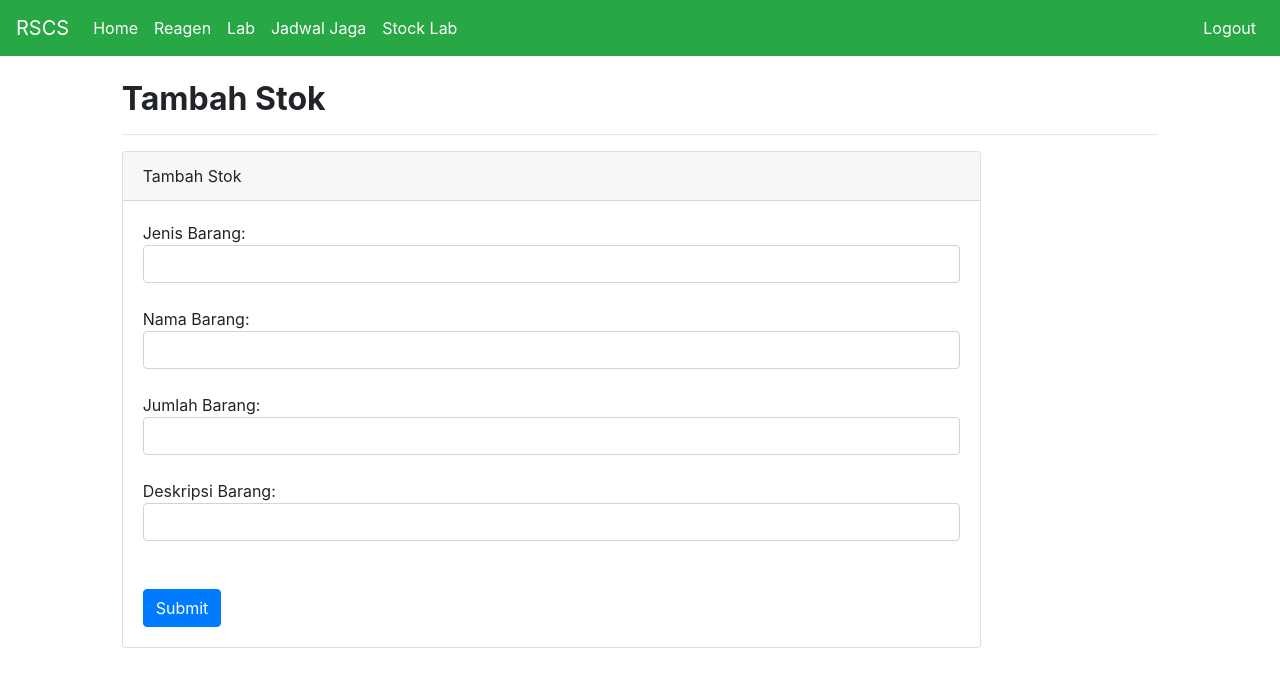
Repository: usamah1707/Tugas-Akhir-Kelompok-6
Page: http://localhost/add-stok
These files come from the project's save history. The page is drawn as it stood at one moment and after the next save; the edit follows.
The browser window is 1280 px wide. The pictures show the whole page.
The page is this project's Thymeleaf template; nobody is signed in. The template is opened directly, without the code that normally fills it, so the values that code supplies are empty.

Above is the page before, as saved 2019-06-04 04:10:45.

### TA_6/src/main/resources/templates/add-stok.html
<!DOCTYPE html>
<html xmlns:th="http://www.thymeleaf.org">

<head>
    <title>Add Stok</title>

    <object th:include="fragments/fragment :: css" th:remove="tag"></object>
    <object th:include="fragments/fragment :: js" th:remove="tag"></object>
</head>

<body>
    <nav th:replace="fragments/fragment :: navbar"></nav>

    <div class="container-fluid">

    <div class="row">
            <span class="col-md-1"></span>
            <div class="col-md-10">
                    <br>

         <h2><strong>Tambah Stok</strong></h2>
            <hr>
        <div class="row">
            <div class="col-md-10">
                <div class="card">
                    <div class="card-header">
                        Tambah Stok
                    </div>
                    <div class="card-body">
                        <form th:action="@{/lab/stok/tambah}" th:object="${stok}" method="POST">
                            Jenis Barang: <br>
                            <input type="text" name="jenisBarang" class="form-control"/>
                            <br>
                            Nama Barang: <br>
                            <input type="text" name="namaBarang" class="form-control"/>
                            <br>
                            Jumlah Barang: <br>
                            <input type="number" name="jumlahBarang" class="form-control"/>
                            <br>
                            Deskripsi Barang: <br>
                            <input type="text" name="deskripsiBarang" class="form-control"/>
                            <br><br>
                            <button type="submit" class="btn btn-primary">Submit</button>
                        </form>
                    </div>
                </div>
            </div>
        </div>
    </div>
</body>

</html>

### TA_6/src/main/resources/templates/fragments/fragment.html
<!DOCTYPE html>
<html xmlns:th="http://www.thymeleaf.org">

<head>
    <title>Home</title>
	<head th:fragment="metas">
		<meta charset="utf-8">
    	<meta name="viewport" content="width=device-width, initial-scale=1, shrink-to-fit=no">
	</head>
    <head th:fragment="css">
    	<link rel="stylesheet" th:href="@{/css/style.css}">
        <link rel="stylesheet" th:href="@{/css/bootstrap.min.css}">

    </head>

    <head th:fragment="js">
    	<script
  src="https://code.jquery.com/jquery-3.3.1.js"
  integrity="sha256-2Kok7MbOyxpgUVvAk/HJ2jigOSYS2auK4Pfzbm7uH60="
  crossorigin="anonymous"></script>
        <script th:src="@{/js/bootstrap.min.js}"></script>
    </head>
</head>

<body>
    <nav th:fragment="navbar" class="navbar navbar-expand-lg navbar-dark bg-success">
        <a class="navbar-brand" th:href="@{/}">RSCS</a>
        <div class="collapse navbar-collapse" id="navbarSupportedContent">
            <ul class="navbar-nav mr-auto">
                <li class="nav-item active">
                    <a class="nav-link" th:href="@{/}">Home</a>
                </li>

                <li class="nav-item active">
                    <a class="nav-link" th:href="@{/lab/kebutuhan}">Reagen</a>
                </li>
                 <li class="nav-item active">
                    <a class="nav-link" th:href="@{/lab/pemeriksaan}">Lab</a>
                </li>
                <li class="nav-item active">
                    <a class="nav-link" th:href="@{/lab/jadwal-jaga/tambah}">Jadwal Jaga</a>
                </li>
                 <li class="nav-item active">
                    <a class="nav-link" th:href="@{/lab/stok}">Stock Lab</a>
                </li>
            </ul>
            <ul class="navbar-nav pull-right">
            	<li class="nav-item active">
            		<a class="nav-link" th:href="@{/logout}">Logout</a>
            	</li>
            </ul>
        </div>
    </nav>
</body>

</html>

### TA_6/src/main/resources/static/css/style.css
body {
  background: #34495e;
  font: normal 300 18px "Roboto", sans-serif;
}

#menu-nav {
  max-width: 1000px;
  margin: 130px auto;
  background-color: #ecf0f1;
  border-radius: 4px;
  box-shadow: 0 2px 5px rgba(0, 0, 0, 0.3);
}

#navigation-bar ul {
  border-radius: 4px;
  overflow: hidden;
}
#navigation-bar li {
  float: left;
  width: 20%;
}
#navigation-bar li:hover a::before {
  right: 0;
  left: 0;
}
#navigation-bar a {
  color: #848484;
  font-size: 20px;
  text-decoration: none;
  text-align: center;
  padding: 20px 0;
  display: block;
  position: relative;
  transition: all 0.3s ease;
}
#navigation-bar a:hover {
  color: #e74c3c;
}
#navigation-bar a::before {
  content: "";
  transition: all 0.4s ease-in-out;
  position: absolute;
  right: 50%;
  left: 50%;
  bottom: 0;
  height: 2px;
  background-color: #e74c3c;
}
#navigation-bar a:hover::before {
  right: 0;
  left: 0;
}

li {
	list-style: none;
}

Loaded but not shown: TA_6/src/main/resources/static/css/bootstrap.min.css (library); TA_6/src/main/resources/static/js/bootstrap.min.js (library)

After the next save:
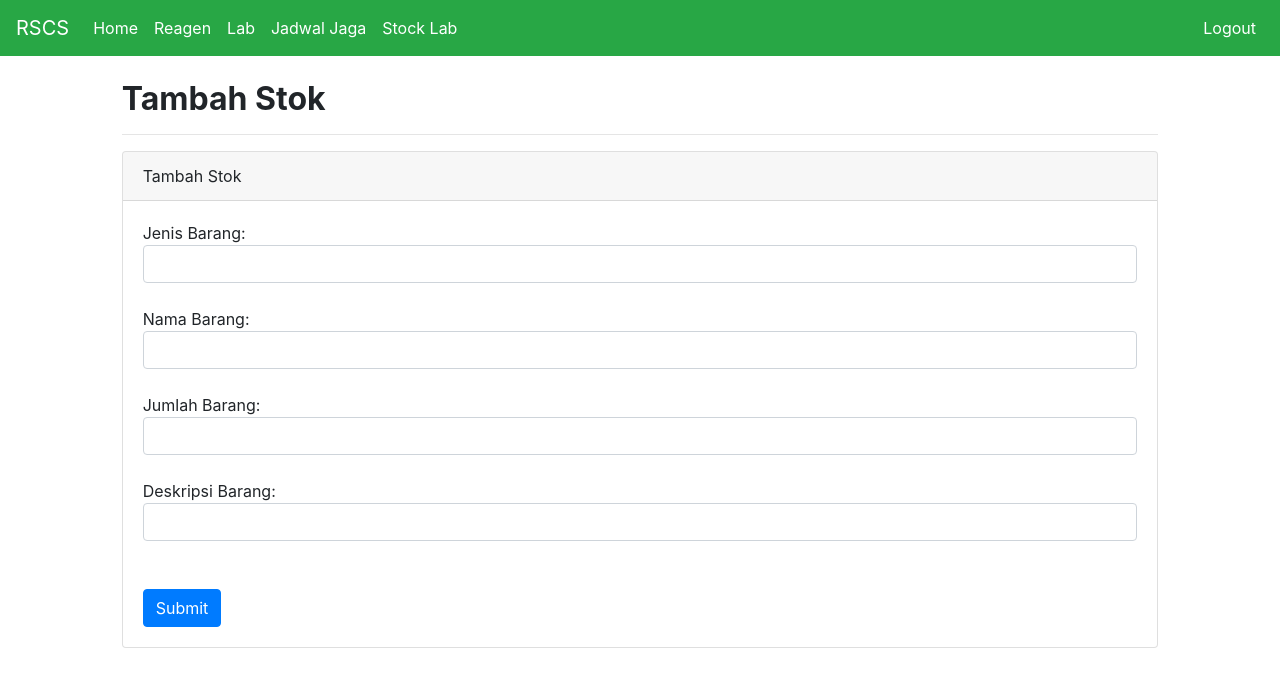
Saved 9 s later.
--- a/TA_6/src/main/resources/templates/add-stok.html
+++ b/TA_6/src/main/resources/templates/add-stok.html
@@ -21,7 +21,7 @@
          <h2><strong>Tambah Stok</strong></h2>
             <hr>
         <div class="row">
-            <div class="col-md-10">
+            <div class="col-md-12">
                 <div class="card">
                     <div class="card-header">
                         Tambah Stok
